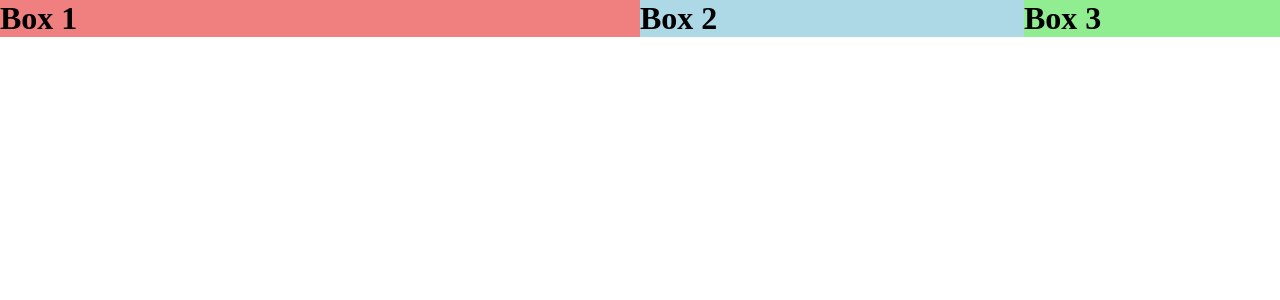
Repository: situmorang-com/grid-system
Page: index.html
These files come from the project's save history. The page is drawn as it stood at one moment and after the next save; the edit follows.
The browser window is 1280 px wide. The pictures show the whole page.

Above is the page before, as saved 2020-06-24 17:54:43.

### index.html
<!DOCTYPE html>
<html lang="en">
<head>
    <meta charset="UTF-8">
    <meta name="viewport" content="width=device-width, initial-scale=1.0">
    <link rel="stylesheet" href="style.css">
    <title>Grid System CSS</title>
</head>
<body>
    <main>
        <div class="box1">
            <h1>Box 1</h1>
        </div>
        <div class="box2">
            <h1>Box 2</h1>
        </div>
        <div class="box3">
            <h1>Box 3</h1>
        </div>
    </main>
</body>
</html>

### style.css
* {
    margin: 0;
    padding: 0;
    box-sizing: border-box;
}

.box1 {
    background: lightcoral;
}

.box2 {
    background: lightblue;
}

.box3 {
    background: lightgreen;
}

main {
    display: grid;
    grid-template-columns: 50% 30% 20%;
}

After the next save:
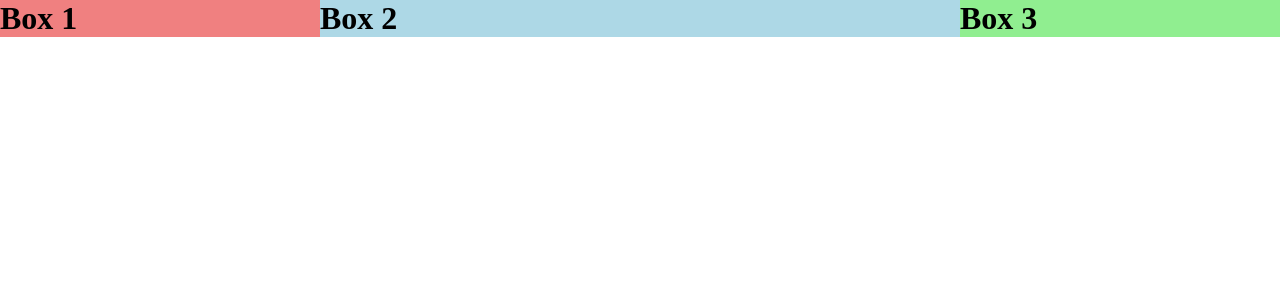
Saved 74 s later.
--- a/style.css
+++ b/style.css
@@ -18,5 +18,5 @@
 
 main {
     display: grid;
-    grid-template-columns: 50% 30% 20%;
+    grid-template-columns: 1fr 2fr 1fr;
 }
